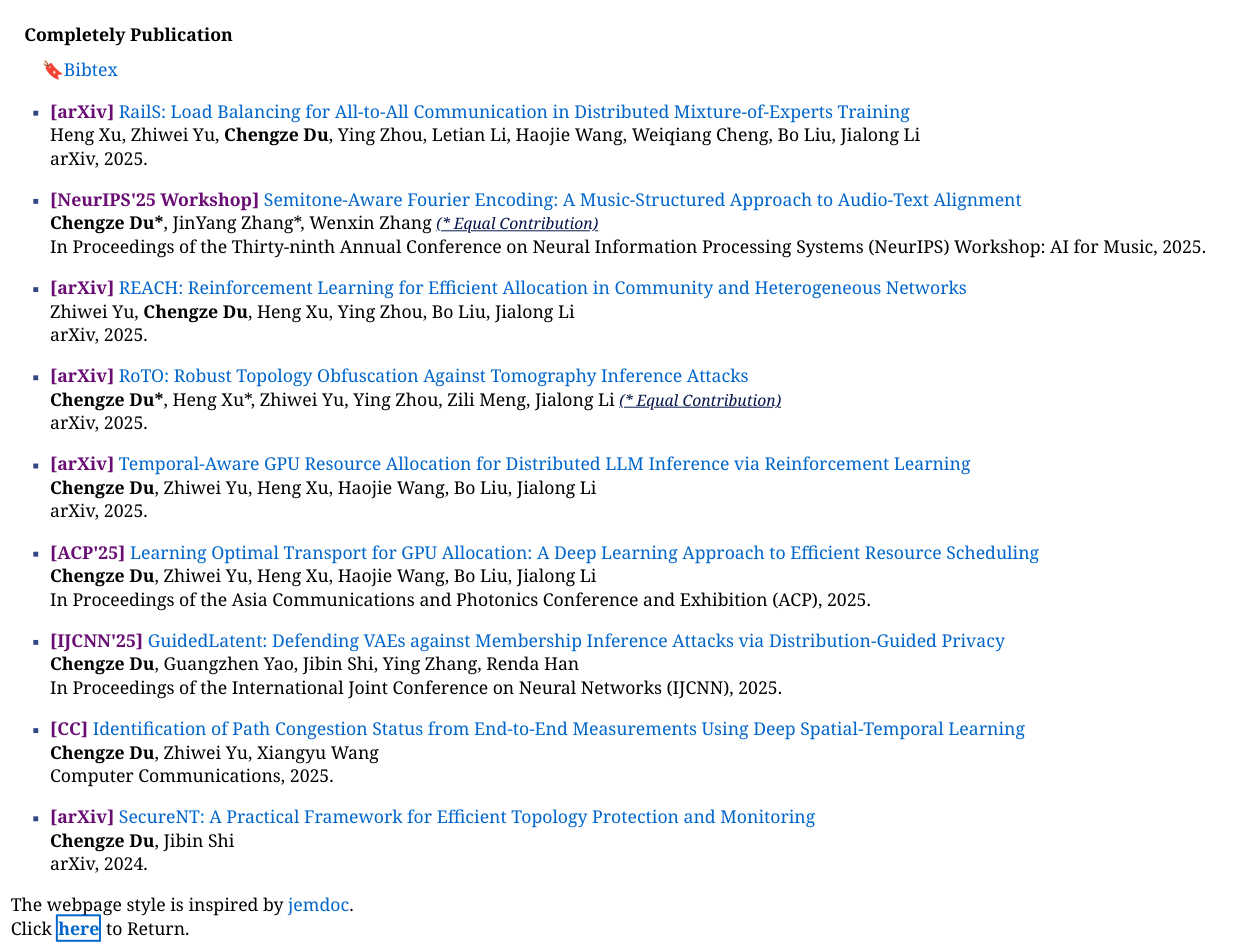
Repository: Monickar/Monickar.github.io
Page: FullPaperList.html
These files come from the project's save history. The page is drawn as it stood at one moment and after the next save; the edit follows.
The browser window is 1280 px wide. The pictures show the whole page, at 98% of full size.

Above is the page before, as saved 2025-10-26 17:52:31.

### FullPaperList.html

<!DOCTYPE html PUBLIC "-//W3C//DTD XHTML 1.1//EN"
  "http://www.w3.org/TR/xhtml11/DTD/xhtml11.dtd">
<html xmlns="http://www.w3.org/1999/xhtml" xml:lang="en">
<head>
<meta http-equiv="Content-Type" content="text/html;charset=utf-8" />
<meta name="viewport" content="width=device-width,initial-scale=1.0,maximum-scale=1.0,minimum-scale=1.0,user-scalable=no">
<title>Publications</title>
<style>
  * {
    font-family: Cambria, Georgia, serif;
    font-size: 18px;
  }
  a {
      color: #0066cc; /* 设置链接颜色为蓝色 */
      text-decoration: none; /* 移除下划线 */
      font-weight: 550;
  }

  a:visited {
      color: #0066cc; /* 已访问链接保持相同颜色 */
  }

  a:hover {
      color: #004499; /* 悬停时颜色变深 */
      text-decoration: underline; /* 悬停时显示下划线 */
  }

  a:active {
      color: #0066cc; /* 点击时保持相同颜色 */
  }

  a.text-with-border {
    border: 2px solid;
    font-weight: bold;
  }

  .pulisher {
    color:rgb(106, 14, 117);
    font-weight: bold;
  }
  highlight {
    color:rgb(255, 0, 0);
  }

  ul{
    list-style: square;
  }

  ul li::marker{
    color: rgb(52, 71, 133);
    font-size: 15px;
  }


  .eq {
  font-family: Georgia, Helvetica, sans-serif;
  font-size: 16px;
  font-weight: 450;
  font-style: italic;
  text-decoration: underline;
  color: rgb(6, 22, 74);
}

</style>
</head>
<body>
<table summary="Table for page layout." id="tlayout">


<td id="layout-content">
<div id="toptitle">
<h1>&ensp; Completely Publication</h1>
</div>
&ensp;&ensp;&ensp; <a href="./Bibtex/List.txt" style="font-size: 1.em;">🔖Bibtex</a>
<ul>

<li><p><span class="pulisher">[arXiv] </span><a href="https://arxiv.org/abs/2510.19262">RailS: Load Balancing for All-to-All Communication in Distributed Mixture-of-Experts Training</a><br>
Heng Xu, Zhiwei Yu, <strong>Chengze Du</strong>, Ying Zhou, Letian Li, Haojie Wang, Weiqiang Cheng, Bo Liu, Jialong Li<br>
arXiv, 2025.</p></li>


<li><p><span class="pulisher">[NeurIPS'25 Workshop] </span><a href=""> Semitone-Aware Fourier Encoding: A Music-Structured Approach to Audio-Text Alignment</a><br>
<strong>Chengze Du*</strong>, JinYang Zhang*, Wenxin Zhang <span class="eq">(* Equal Contribution) </span>  <br>
In Proceedings of the Thirty-ninth Annual Conference on Neural Information Processing Systems (NeurIPS) Workshop: AI for Music, 2025.
<br>
</p></li>

<li><p><span class="pulisher">[arXiv] </span><a href="https://arxiv.org/abs/2508.12857">REACH: Reinforcement Learning for Efficient Allocation in Community and Heterogeneous Networks</a><br>
Zhiwei Yu, <strong>Chengze Du</strong>, Heng Xu, Ying Zhou, Bo Liu, Jialong Li<br>
arXiv, 2025.</p></li>


<li><p><span class="pulisher">[arXiv] </span><a href="https://arxiv.org/abs/2508.12852">RoTO: Robust Topology Obfuscation Against Tomography Inference Attacks</a><br>
<strong>Chengze Du*</strong>, Heng Xu*, Zhiwei Yu, Ying Zhou, Zili Meng, Jialong Li <span class="eq">(* Equal Contribution) </span>  <br>
arXiv, 2025.</p></li>


<li><p><span class="pulisher">[arXiv] </span><a href="https://arxiv.org/abs/2507.10259">Temporal-Aware GPU Resource Allocation for Distributed LLM Inference via Reinforcement Learning</a><br>
<strong>Chengze Du</strong>, Zhiwei Yu, Heng Xu, Haojie Wang, Bo Liu, Jialong Li <br>
arXiv, 2025.</p></li>


<li><p><span class="pulisher">[ACP'25] </span><a href="">Learning Optimal Transport for GPU Allocation: A Deep Learning Approach to Efficient Resource Scheduling</a><br>
<strong>Chengze Du</strong>, Zhiwei Yu, Heng Xu, Haojie Wang, Bo Liu, Jialong Li<br>
In Proceedings of the Asia Communications and Photonics Conference and Exhibition (ACP), 2025.
<br>
</p></li>


<li><p><span class="pulisher">[IJCNN'25] </span><a href=""> GuidedLatent: Defending VAEs against Membership Inference Attacks via Distribution-Guided Privacy</a><br>
<strong>Chengze Du</strong>, Guangzhen Yao, Jibin Shi, Ying Zhang, Renda Han<br>
In Proceedings of the International Joint Conference on Neural Networks (IJCNN), 2025.
<br>
</p></li>


<li><p><span class="pulisher">[CC] </span><a href="https://www.sciencedirect.com/science/article/pii/S0140366425001513">	Identification of Path Congestion Status from End-to-End Measurements Using Deep Spatial-Temporal Learning</a><br>
<strong>Chengze Du</strong>, Zhiwei Yu, Xiangyu Wang<br>
Computer Communications, 2025. </p></li>

<li><p><span class="pulisher">[arXiv] </span><a href="https://arxiv.org/abs/2412.08177v1">SecureNT: A Practical Framework for Efficient Topology Protection and Monitoring</a><br>
<strong>Chengze Du</strong>, Jibin Shi <br>
arXiv, 2024.</p></li>


</ul>
<div id="footer">
<div id="footer-text" float="right">
The webpage style is inspired by <a href="http://jemdoc.jaboc.net/">jemdoc</a>. <br>
Click <a href="index.html" class="text-with-border"><span >here</span></a> to Return.
</div>
</div>

</td>
</table>
</body>
</html>

<!--
    <tr>
      <td style="padding:16px;width:20%;vertical-align:top">
        <div class="one">
          <img src="images/SecureNT-2.png" class="bottom" alt="SecureNT alternate" width="180" height="100">
          <img src="images/SecureNT.png" class="top" alt="SecureNT" style="width:180px; height:100px;">
        </div>
      </td>
      <td style="padding:8px;width:80%;vertical-align:top">
        <a href="https://link.springer.com/chapter/10.1007/978-981-96-9914-8_9">
			<span class="papertitle">SecureNT: Smart Topology Obfuscation for Privacy-Aware Network Monitoring
        </a>
        <br>
				<strong>Chengze Du</strong>,
                Jibin Shi,
                Hui Xu,
                Guangzhen Yao
        <br>
        <em>  International Conference on Intelligent Computing &nbsp <strong>(ICIC 2025)</strong> </em>
        <br>
        <a href="https://gitee.com/Monickar/secure-nt" style="font-size: 0.8em;">[📁Code]</a>
        <a href="./files/ICIC_2025.pdf" style="font-size: 0.8em;">[📜Paper]</a>
        <a href="https://arxiv.org/abs/2412.08177" style="font-size: 0.8em;">[😀arXiv]</a>  &nbsp <font color="#FF646D"> <strong>Oral</strong></font>

      </td>
    </tr>
    /Corresponding

-->

After the next save:
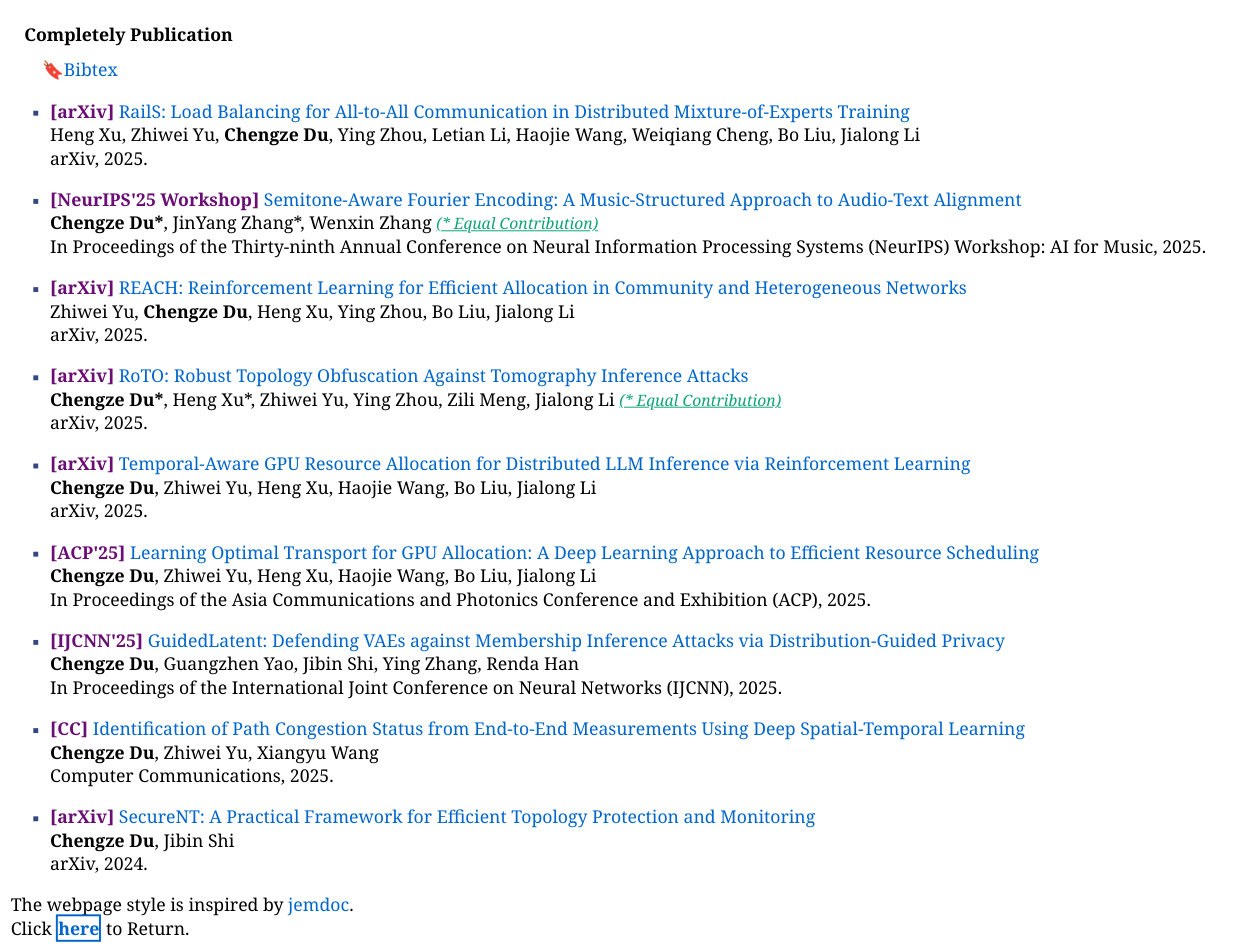
Saved 28 s later.
--- a/FullPaperList.html
+++ b/FullPaperList.html
@@ -59,7 +59,7 @@
   font-weight: 450;
   font-style: italic;
   text-decoration: underline;
-  color: rgb(6, 22, 74);
+  color: rgb(17, 164, 118);
 }
 
 </style>
